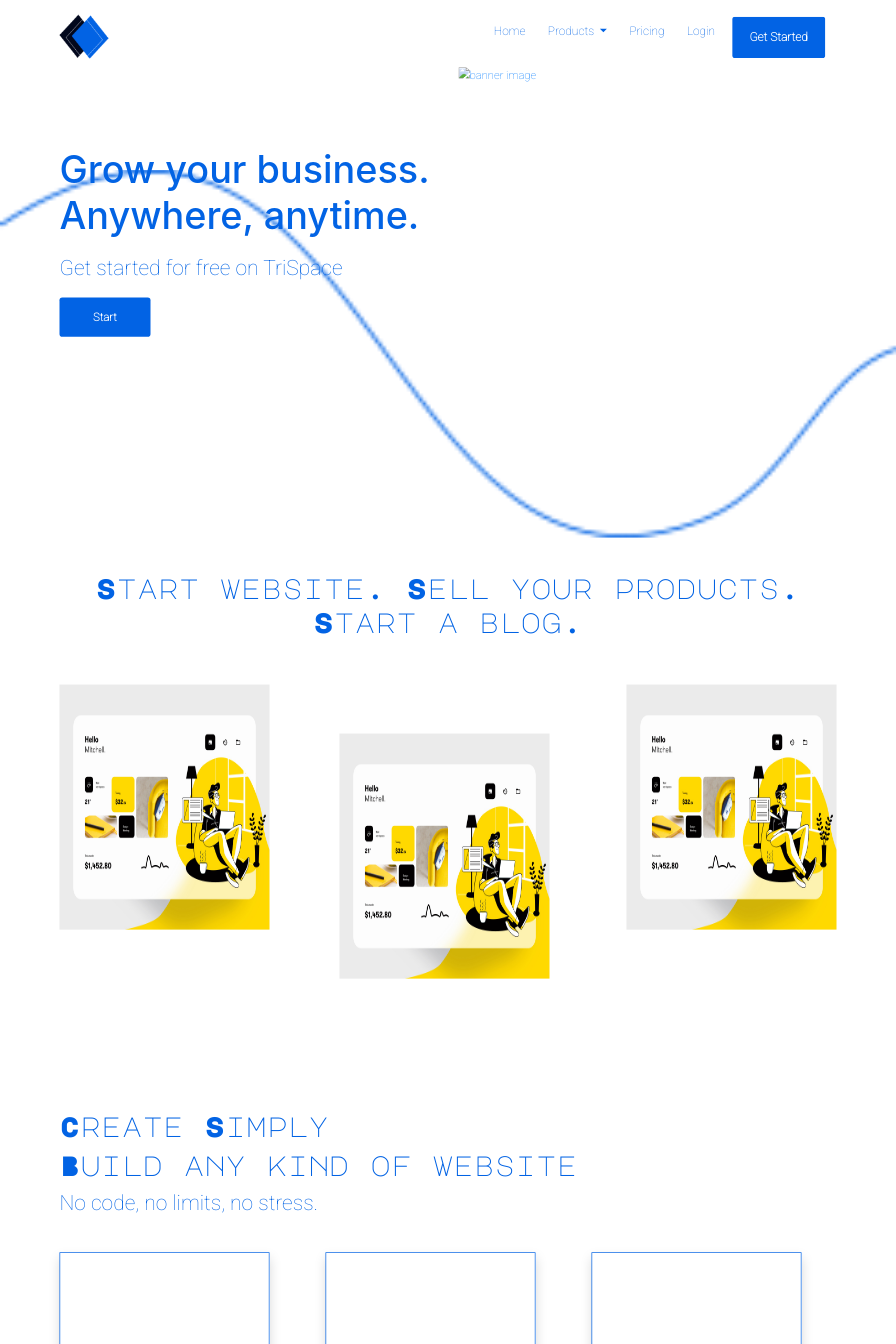
Repository: latenightsnacc/TriSpace
Page: HTML/index.html
The author's editor kept a copy of each file at every save. The page is drawn from the files as they stood at one save, then again after the next save.
The browser window is 1280 px wide. The pictures show the part of the page from y = 0 to 1920 px (the page is 5130 px tall), at 70% of full size.
The style sheet was rebuilt from its Sass, Less or Tailwind sources for each picture, by a compiler version that may differ from the author's.

Above is the page before, as saved 2020-11-12 11:27:31.

### HTML/index.html
<!DOCTYPE html>
<html lang="en">
<head>
    <meta charset="UTF-8">
    <meta name="viewport" content="width=device-width, initial-scale=1.0">
    <!--Tailwind CDN-->
    <link rel="stylesheet" href="https://cdnjs.cloudflare.com/ajax/libs/tailwindcss/1.9.6/base.min.css" integrity="sha512-hEjkvMSM0ql6VJcNK0gTmjt9ar8F2yHeBUbJKtyvQhkkbGMhiJ4+MaiB8XxsthLAHJx5vy2I9dN0un8HiWG2LA==" crossorigin="anonymous" />
    <link rel="stylesheet" href="https://cdnjs.cloudflare.com/ajax/libs/tailwindcss/1.9.6/components.min.css" integrity="sha512-TizAONqhvXjEfRPhptSUkZNVU497PzAnXNGNUoeOjeni4dHpJ+ak+ZsyoGna20LH/yg1PvdufN1VbnVQeVDftg==" crossorigin="anonymous" />
    <link rel="stylesheet" href="https://cdnjs.cloudflare.com/ajax/libs/tailwindcss/1.9.6/tailwind.css" integrity="sha512-HY1FOTeAX9idUBWDhVDrBg8QUHBisKVQ4BCVj1jFo5z76mk87w4Rr5YGP8nBkcGmoMzqYvdeXHMOg/olF45z3g==" crossorigin="anonymous" />
    <link rel="stylesheet" href="https://cdnjs.cloudflare.com/ajax/libs/tailwindcss/1.9.6/utilities.min.css" integrity="sha512-0QJfuLKyYJWGB5hKArJW67xqMLDlR8YaLM/ZuW2mRn4NRwHNsGm7UuREc5Fu7jONHyewPKnGODY0N8G+FQbfxg==" crossorigin="anonymous" />
    <!--Bootstrap CDN-->
    <link rel="stylesheet" href="https://cdn.jsdelivr.net/npm/bootstrap@4.5.3/dist/css/bootstrap.min.css" integrity="sha384-TX8t27EcRE3e/ihU7zmQxVncDAy5uIKz4rEkgIXeMed4M0jlfIDPvg6uqKI2xXr2" crossorigin="anonymous">
    <!--Custom Stylesheet-->
    <link rel="stylesheet" href="styles/stylesheet.css">
    <!--Favicon-->
    <link rel="shortcut icon" href="assets/Logo/TriSpaceIcon.png" type="image/x-icon">
    <title>Home</title>
</head>
<body class="mx-auto">
    <!--PreLoader-->
    <div class="loader_bg">
        <div class="loader"></div>
    </div>
    <!--End of PreLoader-->
    <!--Navbar-->
    <nav class="navbar navbar-expand-lg navbar-light fixed-top p-3 mb-5 bg-white rounded" id="navbar">
        <div class="container align-middle">
            <a class="navbar-brand" href="#">
                <img src="assets/Logo/TriSpaceMobileLogo1.png" alt="TriSpace Logo" height="40px" width="70px"/>
            </a>
            <button class="navbar-toggler" type="button" data-toggle="collapse" data-target="#navbarNavDropdown" aria-controls="navbarNavDropdown" aria-expanded="false" aria-label="Toggle navigation">
              <span class="navbar-toggler-icon"></span>
            </button>
            <div class="collapse navbar-collapse" id="navbarNavDropdown">
              <ul class="navbar-nav nav-menu ml-auto align-middle">
                <li class="nav-item active mr-3">
                  <a class="nav-link" href="#">Home</a>
                </li>
                <li class="nav-item dropdown mr-3">
                    <a class="nav-link dropdown-toggle" href="#" id="navbarDropdownMenuLink" role="button" data-toggle="dropdown" aria-haspopup="true" aria-expanded="false">
                      Products
                    </a>
                    <div class="dropdown-menu" aria-labelledby="navbarDropdownMenuLink">
                      <a class="dropdown-item" href="#">Blog</a>
                      <a class="dropdown-item" href="#">Website</a>
                      <a class="dropdown-item" href="#">E-commerce</a>
                      <a class="dropdown-item" href="#">Domain</a>
                      <a class="dropdown-item" href="#">Hosting</a>
                    </div>
                  </li>
                <li class="nav-item mr-3">
                  <a class="nav-link" href="#">Pricing</a>
                </li>
                <li class="nav-item mr-3">
                    <a class="nav-link" href="#">Login</a>
                </li>
                <li class="nav-item mr-3">
                    <a class="nav-link btn blue text-white px-4 py-3 hover:shadow-2xl" href="#">Get Started</a>
                </li>
              </ul>
            </div>
        </div>
    </nav>


    <!-- End of Navbar-->


    <!--Banner-->
    <section class="min-h-screen  mt-5" id="banner">
        <div class="container">
            <div class="row pt-5">
                <!--Banner Text-->
                <div class="col-xs-12 col-s-12 col-md-6 col-lg-6 col-xl-6">
                    <div class="text-box banner-txt">
                        <h1 class="">Grow your business.<br/> Anywhere, anytime.</h1>
                        <h5 class="span-title py-3 text-2l">Get started for free on TriSpace</h5>
                        <button class="blue hover:bg-blue-500 text-white font-bold py-3 px-5 rounded">Start</button>
                    </div>
                </div>
                <!--Banner Image-->
                <div class="col-xs-12 col-s-12 col-md-6 col-lg-6 col-xl-6">
                    <a href="#">
                        <img class="banner-img" src="" alt="banner image"/>
                    </a>
                </div>
            </div>
        </div>
        <!--Wave-->
        <section id="wave" class="wave"></section>
        <section></section>
    </section>

     <!--Services-->
    <section class="min-h-screen mt-5 mb-5" id="services">
        <div class="container">
            <div class="absolute-box">
                <div class="title-box text-center mb-5">
                    <h2 class="section-title pb-5">Start <span class="section-title">website. </span><span class="color">Sell your products.</span><br/><span class="color">Start a blog.</span> </h2>
                </div>
                <div class="images">
                    <div class="img-1 ">
                        <a href="#">
                            <img src="assets/Template-1.jpg" alt="Build a website" />
                        </a>
                    </div>
                    <div class="img-2 motion-reduce:animate-bounce">
                        <a href="#">
                            <img src="assets/Template-1.jpg" alt="Build a website" />
                        </a>
                    </div>
                    <div class="img-3">
                        <a href="#">
                            <img src="assets/Template-1.jpg" alt="Build a website" />
                        </a>
                    </div>
                </div>
            </div>
        </div>
    </section>
    <!--End of Services-->

    <!--Templates-->
    <section class="min-h-screen mt-5 mb-5" id="templates">
        <div class="container">
            <div class="title-box mb-5">
                <h2 class="section-title">Create Simply </h2>
                <h4 class="section-title">Build any kind of website</h4>
                <p class="span-title">No code, no limits, no stress.</p>
            </div>
            <div class="row">
                <div class="col-xs-12 col-s-12 col-md-6 col-lg-4 col-xl-4">
                    <div class="clear-box"></div>
                </div>
                <div class="col-xs-12 col-s-12 col-md-6 col-lg-4 col-xl-4">
                    <div class="clear-box"></div>
                </div>
                <div class="col-xs-12 col-s-12 col-md-6 col-lg-4 col-xl-4">
                    <div class="clear-box"></div>
                </div>
                <div class="col-xs-12 col-s-12 col-md-6 col-lg-4 col-xl-4 mt-5">
                    <div class="clear-box"></div>
                </div>
                <div class="col-xs-12 col-s-12 col-md-6 col-lg-4 col-xl-4 mt-5">
                    <div class="clear-box"></div>
                </div>
                <div class="col-xs-12 col-s-12 col-md-6 col-lg-4 col-xl-4 mt-5">
                    <div class="clear-box"></div>
                </div>
            </div>
        </div>
    </section>
    <!--End of Themes-->

    <!--Themes-->
    <section class="min-h-screen mt-5 mb-5" id="themes">
        <div class="container">
            <div class="title-box">
                <h2 class="section-title">Stand Out <span class="text-4xl span-title">with our responsive professionally designed themes.</h2>
            </div>
            <div class="row">
                <div class="col-xs-12 col-s-12 col-md-6 col-lg-6 col-xl-6">
                    <div id="clr1" class="text-center mt-5">
                    </div>
                </div>
                <div class="col-xs-12 col-s-12 col-md-6 col-lg-6 col-xl-6">
                    <div class="row flex-wrap">
                        <div class="col-xs-12 col-s-12 col-md-12 col-lg-12 col-xl-12">
                            <div id="clr2" class="mt-5">

                            </div>
                        </div>
                        <div class="col-xs-12 col-s-12 col-md-12 col-lg-12 col-xl-12">
                            <div id="clr3">

                            </div>
                        </div>
                    </div>
                </div>
            </div>
        </div>
    </section>
    <!--End of Themes-->

    <section class="min-h-screen mt-5 mb-5" id="services">
        <div class="container">
            <div class="title-box mb-5">
                <h2 class="section-title">We've got you covered.</h2>
                <p>Your website is just the beginning.</p>
            </div>
            <div class="row">
                <div class="col-xs-12 col-s-12 col-md-6 col-lg-6 col-xl-6 bg-blue-500">
                    <div class="clear-box mt-5 mb-5">
                        <h3 class="text-center pt-5">Real support from real people.</h3>
                    </div>
                </div>
                <div class="col-xs-12 col-s-12 col-md-6 col-lg-6 col-xl-6 bg-yellow-500">
                    <div class="clear-box mt-5 mb-5">
                        <h3 class="text-center pt-5">Domain to suit your needs.</h3>
                    </div>
                </div>
                <div class="col-xs-12 col-s-12 col-md-6 col-lg-6 col-xl-6 bg-red-500">
                    <div class="clear-box mt-5 mb-5">
                        <h3 class="text-center pt-5">Plans for everyone</h3>
                    </div>
                </div>
                <div class="col-xs-12 col-s-12 col-md-6 col-lg-6 col-xl-6 bg-blue-300">
                    <div class="clear-box mt-5 mb-5">
                        <h3 class="text-center pt-5">Security Security Security</h3>
                    </div>
                </div>
            </div>
        </div>
    </section>
    <section class="min-h-screen mb-5 " id="pricing">
        <div class="container">
            <div class="title-box mb-5">
                <h2 class="section-title">Start Free </h2>
                <h5> Grow at your own pace.</h5>
            </div>
            <div class="row">
                <div class="col-xs-12 col-s-12 col-md-3 col-lg-3 col-xl-3">
                    <div class="max-w-sm rounded overflow-hidden shadow-lg mb-5 border-2 border-blue-400 price-card">
                        <div class="px-6 py-4">
                          <div class="font-bold text-xl mb-2">Free</div>
                          <p class="text-gray-700 text-base">
                            Lorem ipsum dolor sit amet, consectetur adipisicing elit. Voluptatibus quia, nulla! Maiores et perferendis eaque, exercitationem praesentium nihil.
                          </p>
                        </div>
                        <div class="px-6 pt-4 pb-2">
                          <span class="inline-block bg-gray-200 rounded-full px-3 py-1 text-sm font-semibold text-gray-700 mr-2 mb-2">#photography</span>
                          <span class="inline-block bg-gray-200 rounded-full px-3 py-1 text-sm font-semibold text-gray-700 mr-2 mb-2">#travel</span>
                          <span class="inline-block bg-gray-200 rounded-full px-3 py-1 text-sm font-semibold text-gray-700 mr-2 mb-2">#winter</span>
                        </div>
                      </div>
                </div>
                <div class="col-xs-12 col-s-12 col-md-3 col-lg-3 col-xl-3">
                    <div class="max-w-sm rounded overflow-hidden shadow-md mb-5 border-2 border-blue-400 price-card transition ease-out duration-700 ...">
                        <div class="px-6 py-4">
                          <div class="font-bold text-xl mb-2">The Coldest Sunset</div>
                          <p class="text-gray-700 text-base">
                            Lorem ipsum dolor sit amet, consectetur adipisicing elit. Voluptatibus quia, nulla! Maiores et perferendis eaque, exercitationem praesentium nihil.
                          </p>
                        </div>
                        <div class="px-6 pt-4 pb-2">
                          <span class="inline-block bg-gray-200 rounded-full px-3 py-1 text-sm font-semibold text-gray-700 mr-2 mb-2">#photography</span>
                          <span class="inline-block bg-gray-200 rounded-full px-3 py-1 text-sm font-semibold text-gray-700 mr-2 mb-2">#travel</span>
                          <span class="inline-block bg-gray-200 rounded-full px-3 py-1 text-sm font-semibold text-gray-700 mr-2 mb-2">#winter</span>
                        </div>
                      </div>
                </div>
                <div class="col-xs-12 col-s-12 col-md-3 col-lg-3 col-xl-3">
                    <div class="max-w-sm rounded overflow-hidden shadow-md mb-5 border-2 border-blue-400 price-card" >
                        <div class="px-6 py-4">
                          <div class="font-bold text-xl mb-2">The Coldest Sunset</div>
                          <p class="text-gray-700 text-base">
                            Lorem ipsum dolor sit amet, consectetur adipisicing elit. Voluptatibus quia, nulla! Maiores et perferendis eaque, exercitationem praesentium nihil.
                          </p>
                        </div>
                        <div class="px-6 pt-4 pb-2">
                          <span class="inline-block bg-gray-200 rounded-full px-3 py-1 text-sm font-semibold text-gray-700 mr-2 mb-2">#photography</span>
                          <span class="inline-block bg-gray-200 rounded-full px-3 py-1 text-sm font-semibold text-gray-700 mr-2 mb-2">#travel</span>
                          <span class="inline-block bg-gray-200 rounded-full px-3 py-1 text-sm font-semibold text-gray-700 mr-2 mb-2">#winter</span>
                        </div>
                      </div>
                </div>
                <div class="col-xs-12 col-s-12 col-md-3 col-lg-3 col-xl-3">
                    <div class="max-w-sm rounded overflow-hidden shadow-md price-card">
                        <div class="px-6 py-4">
                          <div class="font-bold text-xl mb-2">The Coldest Sunset</div>
                          <p class="text-gray-700 text-base">
                            Lorem ipsum dolor sit amet, consectetur adipisicing elit. Voluptatibus quia, nulla! Maiores et perferendis eaque, exercitationem praesentium nihil.
                          </p>
                        </div>
                        <div class="px-6 pt-4 pb-2">
                          <span class="inline-block bg-gray-200 rounded-full px-3 py-1 text-sm font-semibold text-gray-700 mr-2 mb-2">#photography</span>
                          <span class="inline-block bg-gray-200 rounded-full px-3 py-1 text-sm font-semibold text-gray-700 mr-2 mb-2">#travel</span>
                          <span class="inline-block bg-gray-200 rounded-full px-3 py-1 text-sm font-semibold text-gray-700 mr-2 mb-2">#winter</span>
                        </div>
                      </div>
                </div>
            </div>
        </div>
    </section>
    <!--SVG BACKGROUND-->
    <svg id="curve" data-name=" Layer 1" xmlns="https://www.w3.org/2000/svg" viewBox= "0 0 1416.99 174.01">
        <defs>
            <style>
                .cls-1{fill: #0263e4;}
            </style>
        </defs>
        <title>Wavy Background</title>
        <path class="cls-1" d="M0,280.8S283.66,59,608.94,163.56s437.93,150.57,808,10.34V309.54H0V280.8Z" transform="translate(0 -135.53)"/>
    </svg>
    <!--End of SVG-->
    <!--Footer-->

        <div class="footer wavy">
            <div class="container">
                <div class="row mx-auto">
                    <div class="col-xs-6 col-s-6 col-md-3 col-lg-3 col-xl-3">
                        <ul class="footer-menu">
                            <li>
                                <a href="#" class="text-white footer-link">Lorem</a>
                            </li>
                            <li>
                                <a href="#" class="text-white footer-link">Lorem</a>
                            </li>
                            <li>
                                <a href="#" class="text-white footer-link">Lorem</a>
                            </li>
                            <li>
                                <a href="#" class="text-white footer-link">Lorem</a>
                            </li>
                        </ul>
                    </div>
                    <div class="col-xs-6 col-s-6 col-md-3 col-lg-3 col-xl-3">
                        <ul class="footer-menu">
                            <li>
                                <a href="#" class="text-white footer-link">Lorem</a>
                            </li>
                            <li>
                                <a href="#" class="text-white footer-link">Lorem</a>
                            </li>
                            <li>
                                <a href="#" class="text-white footer-link">Lorem</a>
                            </li>
                            <li>
                                <a href="#" class="text-white footer-link">Lorem</a>
                            </li>
                        </ul>
                    </div>
                    <div class="col-xs-6 col-s-6 col-md-3 col-lg-3 col-xl-3">
                        <ul class="footer-menu">
                            <li>
                                <a href="#" class="text-white footer-link">Lorem</a>
                            </li>
                            <li>
                                <a href="#" class="text-white footer-link">Lorem</a>
                            </li>
                            <li>
                                <a href="#" class="text-white footer-link">Lorem</a>
                            </li>
                            <li>
                                <a href="#" class="text-white footer-link">Lorem</a>
                            </li>
                        </ul>
                    </div>
                    <div class="col-xs-6 col-s-6 col-md-3 col-lg-3 col-xl-3">
                        <ul class="footer-menu">
                            <li>
                                <a href="#" class="text-white footer-link">Lorem</a>
                            </li>
                            <li>
                                <a href="#" class="text-white footer-link">Lorem</a>
                            </li>
                            <li>
                                <a href="#" class="text-white footer-link">Lorem</a>
                            </li>
                            <li>
                                <a href="#" class="text-white footer-link">Lorem</a>
                            </li>
                        </ul>
                    </div>
                </div>
                <p class="text-center text-white py-3">&copy; TriSpace. Powered by TriSpace</p>
            </div>
        </div>



    <!--Bootstrap Scripts-->
    <script src="https://code.jquery.com/jquery-3.5.1.slim.min.js" integrity="sha384-DfXdz2htPH0lsSSs5nCTpuj/zy4C+OGpamoFVy38MVBnE+IbbVYUew+OrCXaRkfj" crossorigin="anonymous"></script>
    <script src="https://cdn.jsdelivr.net/npm/popper.js@1.16.1/dist/umd/popper.min.js" integrity="sha384-9/reFTGAW83EW2RDu2S0VKaIzap3H66lZH81PoYlFhbGU+6BZp6G7niu735Sk7lN" crossorigin="anonymous"></script>
    <script src="https://cdn.jsdelivr.net/npm/bootstrap@4.5.3/dist/js/bootstrap.min.js" integrity="sha384-w1Q4orYjBQndcko6MimVbzY0tgp4pWB4lZ7lr30WKz0vr/aWKhXdBNmNb5D92v7s" crossorigin="anonymous"></script>
    <script src="js/main.js"></script>
    <script>
        setTimeout(function(){
            $('.loader_bg').fadeToggle();
        }, 2500);
    </script>
</body>
</html>

### HTML/styles/stylesheet.scss
@import'variables';

*{
    box-sizing: border-box;
    margin: 0;
    padding: 0;
    text-decoration: none;
    list-style: none;
    font-family: $font3;
    button {
        outline: none;
    }
    a {
        text-decoration: none;
        &:hover {
            text-decoration: none;
        }
    }

    button {
        font-family: $font3;
    }
}

.navbar-light .navbar-nav .active>.nav-link, .navbar-light .navbar-nav .nav-link.active, .navbar-light .navbar-nav .nav-link.show, .navbar-light .navbar-nav .show>.nav-link, .nav-link, .dropdown-item {
    color: $blue !important;
    font-weight: 500;
    font-size: 17px;

    &:hover {
        text-transform: uppercase;


    }
}
a.btn {
    color: white !important;
    padding: 10px 40px;
    font-weight: bold;
    &:hover {
        text-transform: capitalize;
    }

}
section#banner {
    background: url('/HTML/assets/WaLine.png') ;
    background-size: contain;
    width: 100%;
    height: 500px;
    background-repeat: no-repeat;
    background-position: bottom;
}
.banner-txt {
    h1 {
        font-size: 54px;
        color: $blue;
        font-family: $font;
    }

}
img.banner-img {
    width: 400px;
    height: 500px;
}
.text-box {
    display: flex;
    flex-direction: column;
    height: 100%;
    justify-content: center;
    align-items: flex-start;
}
.section-title, span.color {
    font-size: 40px;
    font-family: $font2;
    color: $blue;

}
.span-title {
    font-family: $font3;
    font-size: 30px;
    color: $blue;
}
.absolute-box {
    position: relative;
    .images {
        position: absolute;
        width: 100%;
        height: 100%;

        img {
            width: 300px;
            height: 350px;
        }

        .img-1 {
            position: absolute;
            top: -30px;
            left: 0px;

        }
        .img-2 {
            position: absolute;
            top: 40px;
            left: 400px;

        }
        .img-3 {
            position: absolute;
            top: -30px;
            right: 0px;

        }
    }
}
#clr1 {
    background-color: $blue;
    width: 100%;
    height: 600px;
    border: 1px solid $blue;
    box-shadow: 0 .5rem 1rem rgba(0,0,0,.15)!important;
}
#clr2 {
    background-color: $yellow;
    width: 100%;
    height: 300px;
    border: 1px solid $yellow;
    margin-bottom: 30px;
    box-shadow: 0 .5rem 1rem rgba(0,0,0,.15)!important;
}
#clr3 {
    background-color: $red;
    width: 100%;
    height: 270px;
    border: 1px solid $red;
    box-shadow: 0 .5rem 1rem rgba(0,0,0,.15)!important;
}
.clear-box {
    width: 300px;
    height: 250px;
    border: 1px solid $blue;
    box-shadow: 0 .5rem 1rem rgba(0,0,0,.15)!important;
}

.price-card {
    border: 1px solid $blue;
    &:hover {
        border: 2px solid $blue;
        transition: all border 1000ms ease-in ;
    }
}

.wavy {
    position: relative;
    background: $blue;
    width: 100%;
    overflow: hidden;

}

#topcurve {
    position: absolute;
    bottom: 0;
    width: 100%;
}

#topcurve path {
    fill: $yellow;
}
.blue {
    background-color: $blue;
    color: $primary;
}
section.wave {
    width: 100%;
    min-height: 200px;
}
.wave {
    position: relative;
    // background: $blue;
    &::before {
        content: '';
        position: absolute;
        bottom: 0;
        left: 0;
        width: 100%;
        height: 100px;

    }

}

Loaded but not shown: HTML/js/main.js (30 lines, source omitted); HTML/styles/_variables.scss (14 lines, source omitted)

After the next save:
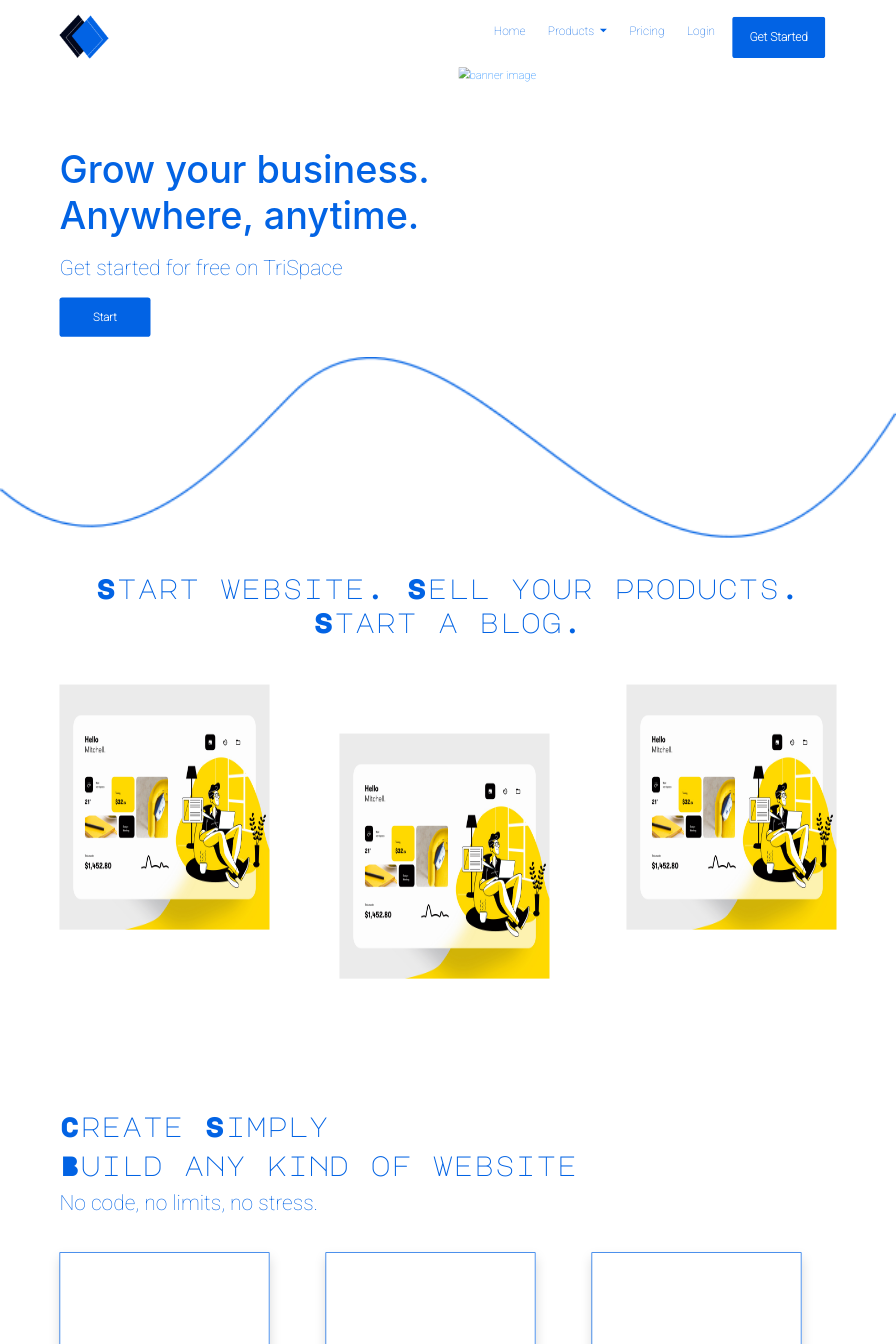
Saved 26 s later.
--- a/HTML/styles/stylesheet.scss
+++ b/HTML/styles/stylesheet.scss
@@ -43,7 +43,7 @@ a.btn {
 
 }
 section#banner {
-    background: url('/HTML/assets/WaLine.png') ;
+    background: url('/HTML/assets/WavyL.png') ;
     background-size: contain;
     width: 100%;
     height: 500px;
